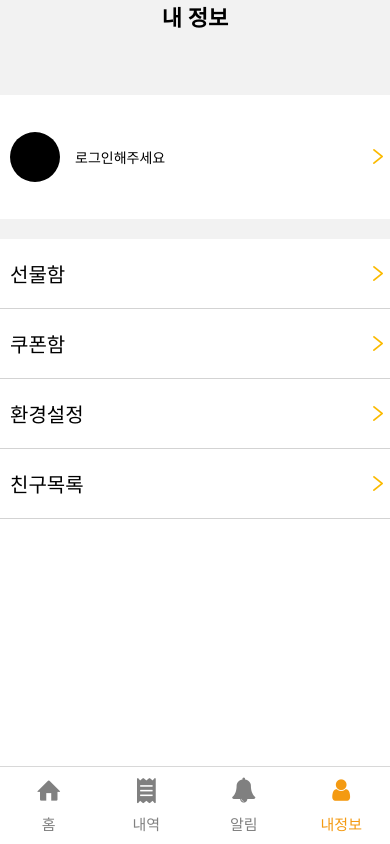
Repository: Unique0902/GachiDutch
Screen: /User
These files come from the project's save history. The screen is drawn as it stood at one moment and after the next save; the edit follows.
The app was drawn by React Native's web renderer in a window 390 px wide. The project was rebuilt for these pictures with package versions that can differ from the ones it lists, and the page was loaded fresh each time. Some packages were replaced by stand-ins written for this rebuild. Also part of the build but not shown: sources/components/lowBar/lowBar.jsx, sources/components/taxi/taxi.jsx, sources/components/alarm/alert.js, sources/components/alarm/alarm.jsx, sources/components/dutch_history/dutch_history.jsx, sources/components/dutchpay_historys/dutchpay_historys.jsx, sources/components/delivery_historys/delivery_historys.jsx, sources/components/taxi_historys/taxi_historys.jsx and 3 more.

Above is the screen before, as saved 2022-11-11 17:05:25.

### App.js
import React from 'react';
import { StyleSheet, Text, View, Image } from 'react-native';
import Home from './sources/components/home/home';
import { NavigationContainer } from '@react-navigation/native';
import { createNativeStackNavigator } from '@react-navigation/native-stack';
import Taxi from './sources/components/taxi/taxi';
import Main from './sources/routes/main/main';
import Login from './sources/routes/login/login';
import HttpClient from './sources/network/http.js';
import ReceiptService from './sources/services/receipt.js';
import Ready from './sources/components/ready/ready';

const Stack = createNativeStackNavigator();
const baseURL = 'https://dutch-server.herokuapp.com';
const httpClient = new HttpClient(baseURL);
const receiptService = new ReceiptService(baseURL);

export default function App() {
  return (
    <>
      <NavigationContainer>
        <Stack.Navigator screenOptions={{ headerShown: false }}>
          <Stack.Screen
            name='Main'
            children={({ navigation, route }) => (
              <Main
                receiptService={receiptService}
                navigation={navigation}
                route={route}
              />
            )}
          />
          <Stack.Screen name='Taxi' component={Taxi} />
          <Stack.Screen name='Login' component={Login} />
          <Stack.Screen name='Ready' component={Ready} />
        </Stack.Navigator>
      </NavigationContainer>
    </>
  );
}

const styles = StyleSheet.create({
  header: {
    flexDirection: 'row',
    alignItems: 'center',
    justifyContent: 'space-between',
    margin: 25,
  },
  main: {},
  container: {
    flex: 1,
    backgroundColor: '#fff',
    alignItems: 'center',
    justifyContent: 'center',
  },
  logo: {
    width: 150,
    height: 30,
  },
});

### sources/components/home/home.jsx
import React, { useRef, useState, useEffect } from 'react';
import {
  StyleSheet,
  Text,
  View,
  Image,
  Button,
  Pressable,
  ScrollView,
  Dimensions,
} from 'react-native';
import { Entypo } from '@expo/vector-icons';
import { FontAwesome } from '@expo/vector-icons';
import { FontAwesome5 } from '@expo/vector-icons';
import LowBar from '../lowBar/lowBar';
import { isLogin, getUid } from '../../services/asyncstorage';
import { StatusBar } from 'react-native';

const Home = ({ login, setLogin, navigation, setUserData, userData }) => {
  const [scrollNum, setScrollNum] = useState(1);
  const windowWidth = Dimensions.get('window').width;
  const statusBarHeight = StatusBar.currentHeight;
  const headerStyle = {
    marginTop: statusBarHeight,
  };
  let advertisementWidth = windowWidth - 40;
  const scrollWidth = parseInt(advertisementWidth);
  let scrollLeft = 0;

  const advertisementStyle = () => {
    return {
      width: advertisementWidth,
    };
  };
  const pageCircleStyle = (num) => {
    if (scrollNum === num) {
      return {
        color: '#FB9700',
      };
    } else {
      return {
        color: '#FFFDD1',
      };
    }
  };
  const scrollRef = useRef();
  return (
    <View style={[styles.home, headerStyle]}>
      <View style={styles.top}>
        <View style={styles.header}>
          <Image
            source={require('../../images/dutch_logo.png')}
            style={styles.logo}
          />
          <Pressable
            onPress={() => {
              navigation.navigate('Ready');
            }}
          >
            <Entypo name='menu' size={35} color='black' />
          </Pressable>
        </View>
        <View style={styles.mainTop}>
          {login ? (
            <View style={styles.onLogin}>
              <Text style={styles.onLoginText}>
                {userData && userData.name}님 반가워요!
              </Text>
            </View>
          ) : (
            <View style={styles.login}>
              <View style={styles.loginTop}>
                <Pressable
                  style={styles.loginBtn}
                  onPress={() =>
                    navigation.navigate('Login', { setLogin, setUserData })
                  }
                >
                  <Text style={[styles.loginText, styles.loginBtnText]}>
                    로그인
                  </Text>
                </Pressable>
                <Text style={styles.loginText}>하시고</Text>
              </View>
              <Text style={styles.loginText}>다양한 혜택을 만나 보세요!</Text>
            </View>
          )}
          <View style={styles.advertisementBox}>
            <ScrollView
              horizontal
              pagingEnabled
              contentContainerStyle={styles.advertisementScroll}
              ref={scrollRef}
              onScroll={(e) => {
                scrollLeft = parseInt(e.nativeEvent.contentOffset.x);
                if (scrollLeft % scrollWidth < 10) {
                  setScrollNum(parseInt(scrollLeft / scrollWidth + 1));
                }
              }}
              scrollEventThrottle={100}
              showsHorizontalScrollIndicator={false}
            >
              <Pressable
                style={[styles.advertisement, advertisementStyle()]}
                onPress={() => {
                  navigation.navigate('Ready');
                }}
              >
                <Image
                  source={require('../../images/advertisement_img.png')}
                  style={styles.advertisementImg}
                />
                <Text style={styles.advertisementText}>
                  같이 더치로{'\n'}편리하게 이용하세요
                </Text>
              </Pressable>
              <Pressable
                style={[styles.advertisement, advertisementStyle()]}
                onPress={() => {
                  navigation.navigate('Ready');
                }}
              >
                <Image
                  source={require('../../images/advertisement_img.png')}
                  style={styles.advertisementImg}
                />
                <Text style={styles.advertisementText}>
                  같이 더치로{'\n'}편리하게 이용하세요
                </Text>
              </Pressable>
              <Pressable
                style={[styles.advertisement, advertisementStyle()]}
                onPress={() => {
                  navigation.navigate('Ready');
                }}
              >
                <Image
                  source={require('../../images/advertisement_img.png')}
                  style={styles.advertisementImg}
                />
                <Text style={styles.advertisementText}>
                  같이 더치로{'\n'}편리하게 이용하세요
                </Text>
              </Pressable>
              <Pressable
                style={[styles.advertisement, advertisementStyle()]}
                onPress={() => {
                  navigation.navigate('Ready');
                }}
              >
                <Image
                  source={require('../../images/advertisement_img.png')}
                  style={styles.advertisementImg}
                />
                <Text style={styles.advertisementText}>
                  같이 더치로{'\n'}편리하게 이용하세요
                </Text>
              </Pressable>
            </ScrollView>
            <View style={styles.pageCircles}>
              <FontAwesome
                style={[styles.pageCircle, pageCircleStyle(1)]}
                name='circle'
                size={10}
                color='white'
              />
              <FontAwesome
                style={[styles.pageCircle, pageCircleStyle(2)]}
                name='circle'
                size={10}
                color='white'
              />
              <FontAwesome
                style={[styles.pageCircle, pageCircleStyle(3)]}
                name='circle'
                size={10}
                color='white'
              />
              <FontAwesome
                style={[styles.pageCircle, pageCircleStyle(4)]}
                name='circle'
                size={10}
                color='white'
              />
            </View>
          </View>
        </View>
      </View>
      <Pressable
        style={styles.event}
        onPress={() => {
          navigation.navigate('Ready');
        }}
      >
        <View>
          <Text style={[styles.eventText, { fontSize: 20 }]}>
            이벤트 {'   '}|
          </Text>
        </View>
        <Text style={[styles.eventText, { fontSize: 15, marginLeft: 20 }]}>
          같이더치 월 결제로 10% 할인받자!
        </Text>
        <Text style={[styles.eventText, { fontSize: 20, marginLeft: 20 }]}>
          {'>'}
        </Text>
      </Pressable>

      <View style={styles.mainBottom}>
        <View style={styles.categories}>
          <View style={styles.topBtns}>
            <View style={styles.btnShadow}>
              <Pressable
                style={styles.goodsBtn}
                onPress={() => {
                  if (login) {
                    navigation.navigate('Taxi', { userData });
                  } else {
                    navigation.navigate('Login', { setLogin, setUserData });
                  }
                }}
              >
                <Image
                  source={require('../../images/taxi_img.png')}
                  style={styles.taxiImg}
                />
                <Text style={[styles.goodText, { marginTop: 20 }]}>택시</Text>
              </Pressable>
            </View>
            <View style={styles.btnShadow}>
              <Pressable
                style={styles.goodsBtn}
                onPress={() => {
                  navigation.navigate('Ready');
                }}
              >
                <Image
                  source={require('../../images/delivery_img.png')}
                  style={styles.taxiImg}
                />
                <Text style={[styles.goodText, { marginTop: 20 }]}>배달</Text>
              </Pressable>
            </View>
          </View>
          <View style={styles.downBtns}>
            <View style={styles.btnShadow}>
              <Pressable
                style={styles.downGoodsBtn}
                onPress={() => {
                  navigation.navigate('Ready');
                }}
              >
                <Image
                  source={require('../../images/taxi_human_img.png')}
                  style={styles.peopleImg}
                />
                <Text
                  style={[styles.goodText, { marginRight: 20, marginLeft: 20 }]}
                >
                  지인끼리
                </Text>
                <Image
                  source={require('../../images/location_img.png')}
                  style={styles.peopleImg}
                />
              </Pressable>
            </View>
          </View>
        </View>
      </View>
    </View>
  );
};

export default Home;

const styles = StyleSheet.create({
  home: {
    flex: 1,
    flexDirection: 'column',
  },
  loginText: {
    paddingVertical: 5,
  },
  header: {
    flexDirection: 'row',
    alignItems: 'center',
    justifyContent: 'space-between',
    margin: 0,
    flex: 1,
  },
  mainTop: {
    flex: 6,
  },
  top: {
    flex: 6,
    padding: 20,
  },
  loginBtn: {},
  login: {
    flex: 2,
    marginTop: 15,
  },
  onLogin: {
    flex: 2,
    marginTop: 15,
  },
  onLoginText: {
    marginTop: 10,
    fontSize: 25,
    fontWeight: '600',
    color: '#444444',
  },
  loginTop: {
    flexDirection: 'row',
    alignItems: 'center',
  },
  loginText: {
    fontSize: 18,
    color: '#444444',
  },
  loginBtnText: {
    color: '#F39910',
    textDecorationLine: 'underline',
    textDecorationStyle: 'solid',
    textDecorationColor: '#000',
  },
  mainBottom: {
    flex: 6,
    padding: 15,
  },
  advertisementScroll: {
    borderRadius: 15,
    position: 'relative',
  },
  advertisementBox: {
    flex: 4,
  },
  advertisement: {
    backgroundColor: '#FBBA00',
    borderRadius: 15,
    position: 'relative',
  },
  advertisementText: {
    color: 'white',
    fontSize: 20,
    fontWeight: '800',
    marginLeft: 30,
    marginTop: 25,
  },
  advertisementImg: {
    width: '100%',
    height: '87%',
    position: 'absolute',
    borderRadius: 20,
    bottom: 0,
  },
  pageCircles: {
    flexDirection: 'row',
    position: 'absolute',
    alignItems: 'center',
    bottom: 4,
    left: 140,
  },
  pageCircle: {
    marginLeft: 3,
    marginRight: 3,
  },
  event: {
    flex: 1,
    backgroundColor: '#3C4451',
    flexDirection: 'row',
    justifyContent: 'center',
    alignItems: 'center',
  },
  categories: {
    flex: 1,
  },
  topBtns: {
    flexDirection: 'row',
    flex: 3,
  },
  downBtns: {
    flex: 2,
  },
  goodsBtn: {
    borderRadius: 20,
    backgroundColor: 'white',
    width: '100%',
    height: '100%',
    alignItems: 'center',
    justifyContent: 'center',
  },
  downGoodsBtn: {
    borderRadius: 20,
    backgroundColor: 'white',
    width: '100%',
    height: '100%',
    flexDirection: 'row',
    justifyContent: 'center',
    alignItems: 'center',
  },
  goodText: {
    fontSize: 20,
    fontWeight: '600',
  },
  btnShadow: {
    flex: 1,
    shadowOffset: {
      width: 0,
      height: 1,
    },
    shadowOpacity: 0.18,
    borderRadius: 20,
    shadowRadius: 1.0,
    elevation: 1,
    margin: 5,
  },
  eventText: {
    color: 'white',
  },
  taxiImg: {
    width: 90,
    height: 90,
  },
  peopleImg: {
    width: 60,
    height: 67,
  },
  logo: {
    width: 150,
    height: 30,
  },
});

### sources/routes/main/main.jsx
import React, { useEffect, useRef, useState } from 'react';
import { View, Button, Text } from 'react-native';
import Home from '../../components/home/home';
import LowBar from '../../components/lowBar/lowBar';
import User from '../../components/user/user';
import Alarm from '../../components/alarm/alarm';
import Receipt from '../../components/receipt/receipt';
import { createBottomTabNavigator } from '@react-navigation/bottom-tabs';
import { Entypo } from '@expo/vector-icons';
import { FontAwesome } from '@expo/vector-icons';
import { FontAwesome5 } from '@expo/vector-icons';
import { isLogin, matchUserData } from '../../services/asyncstorage';

const Tab = createBottomTabNavigator();

const Main = ({ receiptService, navigation, route }) => {
  const [login, setLogin] = useState(false);
  const [userData, setUserData] = useState(null);
  useEffect(() => {
    isLogin().then((result) => {
      if (result) {
        setLogin(true);
        console.log('로그인 되어있음!');
        matchUserData(setUserData);
      } else {
        setLogin(false);
        console.log('로그인 안되어있음!');
      }
    });
  }, [login]);
  return (
    <>
      <View style={{ flex: 14 }}>
        <Tab.Navigator
          screenOptions={({ route }) => ({
            tabBarIcon: ({ color, size }) => {
              if (route.name === 'Home') {
                return <Entypo name='home' size={size} color={color} />;
              } else if (route.name === 'Receipt') {
                return (
                  <FontAwesome5 name='receipt' size={size} color={color} />
                );
              } else if (route.name === 'Alarm') {
                return <FontAwesome name='bell' size={size} color={color} />;
              } else if (route.name === 'User') {
                return <FontAwesome name='user' size={size} color={color} />;
              }
            },
            tabBarStyle: { flex: 0.1 },
            tabBarLabelStyle: {
              fontSize: 15,
              marginBottom: 10,
              fontWeight: '500',
            },
            tabBarActiveTintColor: '#F49A11',
            tabBarInactiveTintColor: 'gray',
            headerShown: false,
          })}
        >
          <Tab.Screen
            name='Home'
            options={({ route, navigation }) => {
              return { tabBarLabel: '홈' };
            }}
            children={({ navigation }) => (
              <Home
                login={login}
                setLogin={setLogin}
                navigation={navigation}
                setUserData={setUserData}
                userData={userData}
              />
            )}
          />
          <Tab.Screen
            name='Receipt'
            options={({ route, navigation }) => {
              return { tabBarLabel: '내역' };
            }}
            children={({ navigation, route }) => (
              <Receipt
                login={login}
                navigation={navigation}
                receiptService={receiptService}
                userData={userData}
                route={route}
              />
            )}
          />
          <Tab.Screen
            options={({ route, navigation }) => {
              return { tabBarLabel: '알림' };
            }}
            name='Alarm'
            children={({ navigation }) => (
              <Alarm login={login} navigation={navigation} />
            )}
          />
          <Tab.Screen
            options={({ route, navigation }) => {
              return { tabBarLabel: '내정보' };
            }}
            name='User'
            children={({ navigation }) => (
              <User
                login={login}
                setLogin={setLogin}
                navigation={navigation}
                setUserData={setUserData}
                userData={userData}
              />
            )}
          />
        </Tab.Navigator>
      </View>
    </>
  );
};

export default Main;

### sources/network/http.js
export default class HttpClient {
  constructor(baseURL) {
    this.baseURL = baseURL;
  }

  async fetch(url, options) {
    const res = await fetch(`${this.baseURL}${url}`, {
      ...options,
      headers: {
        'Content-Type': 'application/json',
        ...options.headers,
      },
    });
    let data;
    try {
      data = await res.json();
    } catch (error) {
      console.error(error);
    }

    if (res.status > 299 || res.status < 200) {
      const message =
        data && data.message ? data.message : 'Something went wrong! 🤪';
      const error = new Error(message);
      throw error;
    }
    return data;
  }
}

### sources/services/receipt.js
export default class ReceiptService {
  constructor(http) {
    this.http = http;
  }

  getTexiHistorys = async (userId) => {
    return await fetch(`${this.http}/receipt/all/${userId}`, {
      method: 'GET',
    });
  };
}

### sources/services/asyncstorage.js
import AsyncStorage from '@react-native-async-storage/async-storage';

export const isLogin = async () => {
  try {
    const loginDatas = await AsyncStorage.getItem('loginDatas');
    console.log(loginDatas);
    if (loginDatas) {
      return true;
    } else {
      return false;
    }
  } catch (e) {
    console.error(e);
  }
};

export const logout = async () => {
  try {
    await AsyncStorage.removeItem('loginDatas');
  } catch (error) {
    console.error(error);
  }
};

export const getRefreshToken = async () => {
  try {
    const loginDatas = await AsyncStorage.getItem('loginDatas');
    if (loginDatas) {
      return JSON.parse(loginDatas).refreshToken;
    }
  } catch (e) {
    console.error(e);
  }
};

export const getUid = async () => {
  try {
    const loginDatas = await AsyncStorage.getItem('loginDatas');
    if (loginDatas) {
      return JSON.parse(loginDatas).uid;
    }
  } catch (e) {
    console.error(e);
  }
};

export const matchUserData = async (setUserData) => {
  try {
    const loginDatas = await AsyncStorage.getItem('loginDatas');
    if (loginDatas) {
      return setUserData(JSON.parse(loginDatas));
    }
  } catch (e) {
    console.error(e);
  }
};

### sources/components/user/user.jsx
import React, { useEffect, useRef, useState } from 'react';
import { StatusBar } from 'react-native';
import {
  StyleSheet,
  Text,
  View,
  Pressable,
  ScrollView,
  Image,
} from 'react-native';
import { AntDesign } from '@expo/vector-icons';
import { isLogin, logout } from '../../services/asyncstorage';

export default function User({
  login,
  setLogin,
  navigation,
  setUserData,
  userData,
}) {
  const statusBarHeight = StatusBar.currentHeight;
  const headerStyle = {
    marginTop: statusBarHeight,
  };
  const onProfilePress = () => {
    console.log('profile pressed');
  };
  const onProfileInfoPress = () => {
    if (login) {
    } else {
      navigation.navigate('Login', { setLogin: setLogin });
    }
  };
  useEffect(() => {
    console.log(login);
  }, []);
  return (
    <View style={styles.container}>
      <View style={[styles.header, headerStyle]}>
        <Text style={styles.headerText}>내 정보</Text>
      </View>
      <Pressable style={styles.profileBtn}>
        <Pressable onPress={onProfilePress}>
          <Image style={styles.profileImage} />
        </Pressable>
        <View style={styles.profileName}>
          {login ? (
            <>
              <Text style={styles.nameText}>{userData && userData.name}</Text>
            </>
          ) : (
            <>
              <Text>로그인해주세요</Text>
            </>
          )}
        </View>
        <AntDesign style={styles.enter} name='right' size={20} />
      </Pressable>
      <View style={styles.menus}>
        <ScrollView>
          <Pressable style={styles.enterMenu}>
            <Text style={styles.menuText}>선물함</Text>
            <AntDesign style={styles.enter} name='right' size={20} />
          </Pressable>
          <Pressable style={styles.enterMenu}>
            <Text style={styles.menuText}>쿠폰함</Text>
            <AntDesign style={styles.enter} name='right' size={20} />
          </Pressable>
          <Pressable style={styles.enterMenu}>
            <Text style={styles.menuText}>환경설정</Text>
            <AntDesign style={styles.enter} name='right' size={20} />
          </Pressable>
          <Pressable style={styles.enterMenu}>
            <Text style={styles.menuText}>친구목록</Text>
            <AntDesign style={styles.enter} name='right' size={20} />
          </Pressable>
          {/* {login && (
          <Pressable style={styles.logoutBtn}>
            <Text
              style={styles.logoutText}
              onPress={() => {
                logout().then(() => {
                  setLogin(false);
                  console.log('로그아웃됨!');
                  setUserData(null);
                  navigation.navigate('Main', { screen: 'Home' });
                });
              }}
            >
              로그아웃
            </Text>
          </Pressable>
        )} */}
        </ScrollView>
      </View>
    </View>
    //내정보
  );
}

const styles = StyleSheet.create({
  container: {
    flex: 1,
  },
  header: {
    flex: 1,
  },
  headerText: {
    fontSize: 22,
    fontWeight: '600',
    alignSelf: 'center',
  },
  enterMenu: {
    justifyContent: 'space-between',
    alignItems: 'center',
    flexDirection: 'row',
    padding: 20,
    paddingHorizontal: 10,
    borderBottomColor: 'lightgray',
    borderBottomWidth: 1,
    borderStyle: 'solid',
  },
  menus: {
    flex: 7,
    backgroundColor: 'white',
    marginTop: 20,
  },
  menuText: {
    fontSize: 20,
    fontWeight: '500',
  },
  nameText: {
    fontSize: 20,
    fontWeight: '600',
  },
  profileImage: {
    width: 50,
    height: 50,
    borderRadius: 100,
    backgroundColor: 'black',
  },
  infoArea: {
    flexDirection: 'column',
  },
  infoText: {
    fontSize: 24,
    fontWeight: '500',
  },
  profileBtn: {
    flex: 1.5,
    marginTop: 20,
    padding: 5,
    paddingHorizontal: 10,
    flexDirection: 'row',
    alignItems: 'center',
    backgroundColor: 'white',
  },
  logoutText: {
    fontSize: 20,
    fontWeight: '500',
    color: 'red',
  },
  profileName: {
    marginLeft: 15,
  },
  enter: {
    position: 'absolute',
    right: 2,
    color: '#FBBA00',
  },
});

Loaded but not shown: index.js (common file)

After the next save:
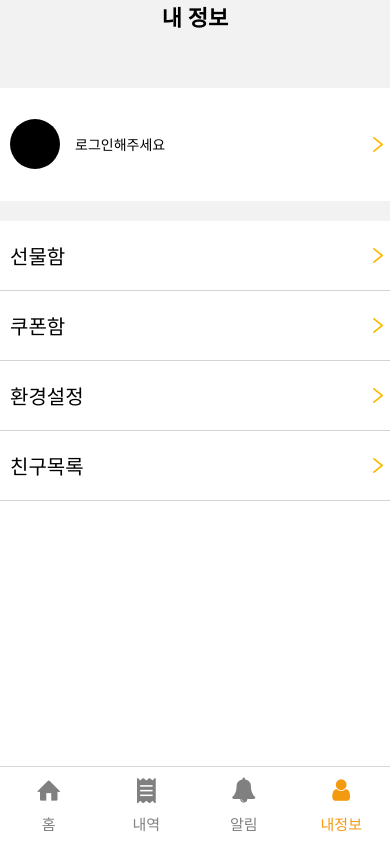
Saved 5 s later.
--- a/sources/components/user/user.jsx
+++ b/sources/components/user/user.jsx
@@ -121,7 +121,7 @@ const styles = StyleSheet.create({
     borderStyle: 'solid',
   },
   menus: {
-    flex: 7,
+    flex: 8,
     backgroundColor: 'white',
     marginTop: 20,
   },
